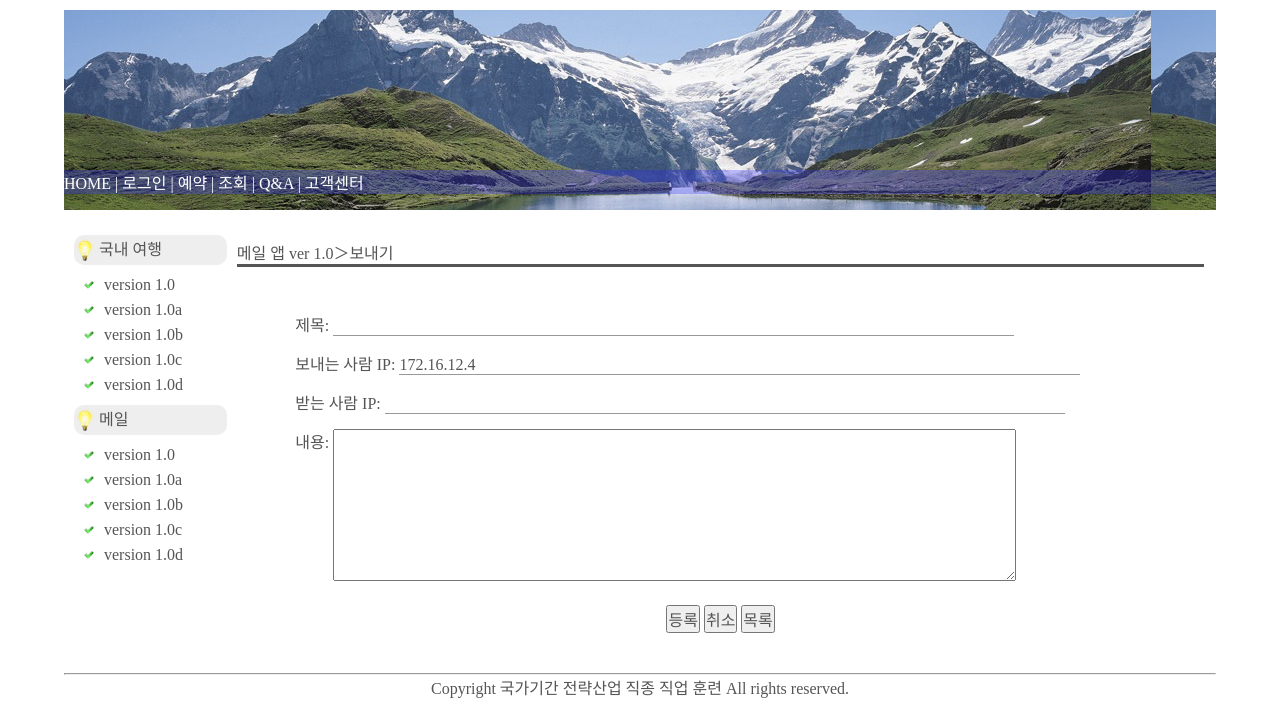
Repository: jangky000/ai_web
Page: http://localhost/blog_v2jc/mail_app/create_form.jsp
These files come from the project's save history. The page is drawn as it stood at one moment and after the next save; the edit follows.
The browser window is 1280 px wide. The pictures show the whole page.
The page is served by Tomcat 9. Other server files are loaded and not shown.

Above is the page before, as saved 2020-03-27 07:00:04.

### ws__frame/blog_v2jc/WebContent/mail_app/create_form.jsp
<%@ page contentType="text/html; charset=UTF-8" %>

<%
request.setCharacterEncoding("utf-8");
String root = request.getContextPath();
%>

<!DOCTYPE html>
<html lang="ko">
<head>
<meta charset="UTF-8">
<title>메일 앱</title>
<link href="<%=root%>/css/style.css" rel="Stylesheet" type="text/css">
</head>
<body>
<jsp:include page="/menu/top.jsp" flush='false' />
  <div class="title_line">메일 앱 ver 1.0＞보내기</div>
  <form name='frm' action='./create_proc.jsp' method='POST'>
    <fieldset class="fieldset_basic">
      <!-- <legend class="legend_basic">공지사항 등록</legend> -->
      <ul>
        <li class="li_none">
          <label>제목: </label>
          <input class="input_basic" type="text" name="title" style="width: 80%;" autofocus="autofocus">
        </li>
        <li class="li_none">
          <label>보내는 사람 IP: </label>
          <input class="input_basic" type="text" name="mail_from"  value="172.16.12.4" style="width: 80%;">
        </li>
        <li class="li_none">
          <label>받는 사람 IP: </label>
          <input class="input_basic" type="text" name="mail_to" style="width: 80%;">
        </li>
        <li class="li_none">
          <label style="vertical-align: top;">내용: </label>
          <textarea name="content" style="width: 80%; height: 150px;"></textarea>
        </li>
      </ul>
      <div class ="bottom_menu">
        <button type="submit">등록</button>
        <button type="button" onclick="location.href = './list.jsp'">취소</button>
        <button type="button" onclick="location.href = './list.jsp'">목록</button>
      </div>
    </fieldset>

  </form>

<jsp:include page="/menu/bottom.jsp" flush='false' />
</body>
</html>
</html>

### ws__frame/blog_v2jc/WebContent/menu/top.jsp
<%@ page contentType="text/html; charset=UTF-8" %>
<!-- jsp: include를 사용했기 때문에 root로 인한 충돌이 발생하지 않는다. -->
<% String root = request.getContextPath(); %>

<DIV class='container'>
  <DIV class='top_img'>
    <NAV class="top_menu">
      <a href="<%=root %>" class="menu_link">HOME</a> | 로그인 | 예약 | 조회 | Q&A | 고객센터
    </NAV>
  </DIV>

  <DIV style='margin-top: 10px;'> <!-- 좌측 메뉴 + 내용 시작 -->
    <DIV class='left_menu'> <!--  좌측 메뉴 시작 -->
      <div class="li_left_menu_1" >국내 여행</div>
      <UL>
         <!-- 모든 위치에서 동일한 주소를 찾아야하므로, 절대 경로로 설정 -->
        <LI class="li_left_menu_2"><a href="<%= request.getContextPath() %>/notice1/list.jsp">version 1.0</a></LI>
        <LI class="li_left_menu_2"><a href="<%= request.getContextPath() %>/notice1a/list.jsp">version 1.0a</a></LI>
        <LI class="li_left_menu_2"><a href="<%= request.getContextPath() %>/notice1b/list.jsp">version 1.0b</a></LI>
        <LI class="li_left_menu_2"><a href="<%= request.getContextPath() %>/notice1c/list.jsp">version 1.0c</a></LI>
        <LI class="li_left_menu_2"><a href="<%= request.getContextPath() %>/notice1d/list.jsp">version 1.0d</a></LI>
      </UL>
      <!-- br을 쓰는 것보다 margin으로 여백을 주는 것이 낫다 -->
      <div class="li_left_menu_1">메일</div>
      <UL>
        <LI class="li_left_menu_2"><a href="<%= request.getContextPath() %>/mail_app/list.jsp">version 1.0</a></LI>
        <LI class="li_left_menu_2"><a href="<%= request.getContextPath() %>/mail_app1a/list.jsp">version 1.0a</a></LI>
        <LI class="li_left_menu_2"><a href="<%= request.getContextPath() %>/mail_app1b/list.jsp">version 1.0b</a></LI>
        <LI class="li_left_menu_2"><a href="<%= request.getContextPath() %>/mail_app1c/list.jsp">version 1.0c</a></LI>
        <LI class="li_left_menu_2"><a href="<%= request.getContextPath() %>/mail_app1d/list.jsp">version 1.0d</a></LI>
      </UL>

    </DIV>  <!--  좌측 메뉴 종료 -->

    <DIV class='content_body'> <!--  내용 시작 -->

### ws__frame/blog_v2jc/WebContent/menu/bottom.jsp
<%@ page contentType="text/html; charset=UTF-8" %>

    </DIV> <!-- 내용 종료 -->
  </DIV> <!-- 좌측 메뉴 + 내용 종료 -->

  <!-- 화면 하단 메뉴 -->
  <DIV class='copyright'>
    <HR>
    Copyright 국가기간 전략산업 직종 직업 훈련 All rights reserved.
  </DIV>

</DIV> <!-- 컨테이너 종료 -->

### ws__frame/blog_v2jc/WebContent/css/style.css
/* ver 0.2 */
/* 모든 태그에 적용 */
  *{
     font-family: Malgun Gothic;
     font-size: 16px;
     margin: 0px;  /* top right bottom left */
     padding: 0px;
     color: #555555;
  }

  .container {
    width: 90%;
    margin: 10px auto;
  }

  /*
  이미지 경로 지정
  권장하지 않는 방법(절대경로): background-image: url('/blog_v2jc/css/images/top_image.jpg');
  권장하는 방법(상대경로): background-image: url('./images/top_image.jpg');
  style.css 파일이 include(link)되는 폴더를 현재 폴더로 인식함
  /blog_v2jc/css/style.css에서 사용
  /blog_v2jc/css/images/top_image.jpg 인식
   */
  .top_img {
    width: 100%;
    height: 200px;
    /* background-image: url('/blog_v2jc/menu/images/top_image.jpg'); */
    background-image: url('./images/top_image.jpg');
  }

  .top_menu {
    position: relative;  /* 부모 태그 기준 화면 상단 기준 */
    top: 80%;
    /* left: 2px;  */
    background-color: rgba(50, 50, 255, 0.3);
    color: white;
  }

  .left_menu {
    width: 15%;
    float: left;
  }

  .content_body {
    width: 84%;
    float: left;
  }

  .content_bottom {

  }

  .bottom_menu {
    text-align: center;
    margin: 20px auto;
    clear: both;
  }

  .copyright {
    text-align: center;
    margin: 20px auto; /* 블럭 가운데 정렬 */
    clear: both; /*  float: left; 해제 float 효과를 제거 */
  }

  .li_warning{/* 경고 메시지 */
    list-style: none;
    margin: 15px 10px;
    color: #ff6600;
  }

  .li_error{ /* 에러 메시지 */
    list-style: none;
    margin: 15px 10px;
    color: #FF0000;
  }

  .li_none{
    list-style: none;
    margin: 15px 10px;
  }

  .fieldset_basic{
    width:90%;
    margin:10px auto;
    border-top: none;
    border-right: none;
    border-bottom: none;
    border-left: none;
    padding: 10px;
  }

  .legend_basic{
    margin-left:30px;
    border:solid 1px #999999;
    background-color: #A6C2FF;
    color:#FFFFFF;
  }

  input:focus {outline:none;}
  .input_basic{
    border-top: none;
    border-right: none;
    border-bottom: solid 1px #999999;
    border-left: none;
  }

  .title_line{
    text-align:left;
    /* text-decoration: underline; */
    border-bottom: solid 3px #555555;
    width: 100%;
    margin: 20px auto;

  }

  .sub_menu{
    text-align: right;
    width: 100%;
  }

  .table_basic{
    border-collapse: collapse; /* 셀 합치기 */
    margin: 2px auto;
    width: 100%;
  }

  /*
    1em 기본값: 16px, 주변 태그의 글자 크기를 1em으로 인식
    div 태그가 20px일 경우 자식 태그가 0.5em이면 최종적으로 10px이 적용됨.
  */
  .th_basic{
    font-size: 0.8em;
    border-bottom: solid 1px #999999;
  }

  .td_basic{
    background-color: #ffffff;

    border-top: none;
    border-right: none;
    border-bottom: solid 1px #dddddd;
    border-left: none;

    text-align: center;
  }

  .td_left{
    background-color: #ffffff;

    border-top: none;
    border-right: none;
    border-bottom: solid 1px #dddddd;
    border-left: none;

    text-align: left;
  }

  A:link{  /* 방문전 상태 */
    text-decoration: none; /* 밑줄 삭제 */
    color: #555555;
  }

  A:visited{  /* 방문후 상태 */
    text-decoration: none; /* 밑줄 삭제 */
    color: #555555;
  }

  A:hover{  /* A 태그에 마우스가 올라간 상태 */
    text-decoration: underline; /* 밑줄 출력 */
    color: #7777FF;
  }

  A:active{  /* A 태그를 클릭한 상태 */
    text-decoration: underline; /* 밑줄 출력 */
    color: #7777FF;
  }

  /* top menu */
  .menu_link:link{  /* 방문전 상태 */
    text-decoration: none; /* 밑줄 삭제 */
    color: white;
  }

  .menu_link:visited{  /* 방문후 상태 */
    text-decoration: none; /* 밑줄 삭제 */
    color: white;
  }

  .menu_link:hover{  /* A 태그에 마우스가 올라간 상태 */
    text-decoration: underline; /* 밑줄 출력 */
    color: white;
    /* font-weight: bold; */
  }

  .menu_link:active{  /* A 태그를 클릭한 상태 */
    text-decoration: underline; /* 밑줄 출력 */
    color: white;
  }

  .content_title{
    border-top: none;
    border-right: none;
    border-bottom: solid 1px #999999;
    border-left: none;

    margin-bottom: 20px;
  }

  .content_bottom{
    border-top: none;
    border-right: none;
    border-bottom: none;
    border-left: none;
    margin: 20px 0;
    text-align: right;
    font-size: 0.8em;
  }

  .li_left_menu_1{/* 화면 좌측 대분류 */
    list-style: none;
    margin: 15px 10px;
    background: url(./images/li_left_menu_1.png) left center no-repeat; /* url 왼쪽 중간 반복x */
    background-color:#eeeeee;
    border-radius:10px;
    background-size: 22px;
    padding-left: 25px;
    line-height: 30px;
  }

  .li_left_menu_2{/* 화면 좌측 중분류 */
    list-style: none;
    margin: 15px 10px;
    background: url(./images/li_left_menu_2.png) left center no-repeat; /* url 왼쪽 중간 반복x */
    background-size: 10px;
    margin-left: 20px;
    padding-left: 20px;
    line-height: 10px;
  }

After the next save:
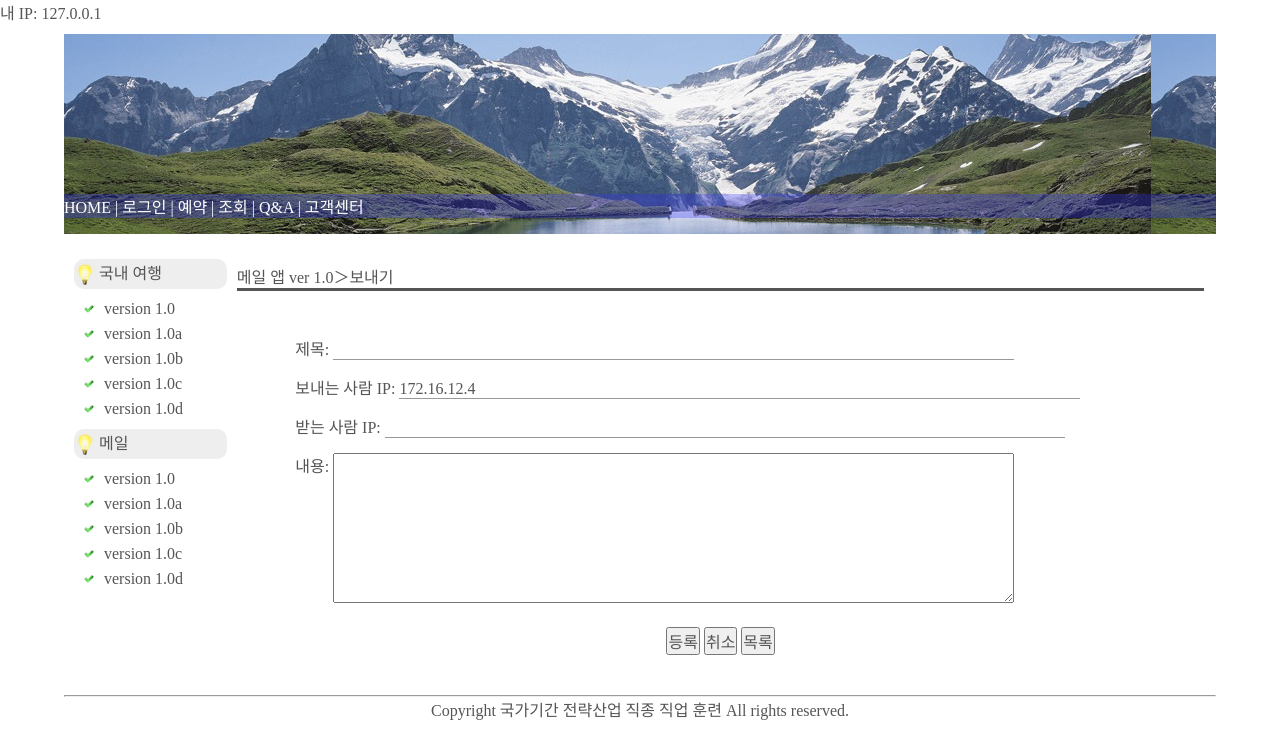
Saved 11 min 0 s later.
--- a/ws__frame/blog_v2jc/WebContent/mail_app/create_form.jsp
+++ b/ws__frame/blog_v2jc/WebContent/mail_app/create_form.jsp
@@ -3,6 +3,13 @@
 <%
 request.setCharacterEncoding("utf-8");
 String root = request.getContextPath();
+%>
+
+ <%
+out.print("<p>내 IP: " + request.getRemoteAddr() + "</p>");
+String my_ip = request.getRemoteAddr();
+/* out.print("<p>Remote Host: " + request.getRemoteHost() + "</p>"); */
+/* out.print("<p>X-Forwarded-For: " + request.getHeader("x-forwarded-for") + "</p>"); */
 %>
 
 <!DOCTYPE html>
